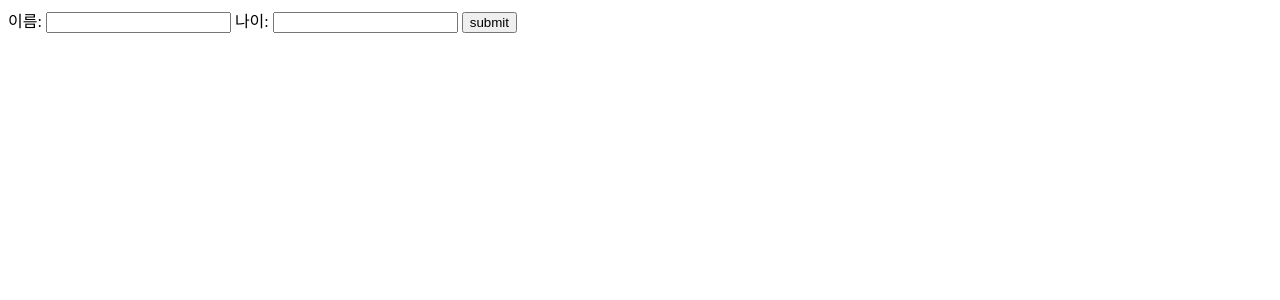
Repository: jihoonys82/weblec
Page: Front/WebContent/Ex01_HTML_tag/tagEx_08.html
These files come from the project's save history. The page is drawn as it stood at one moment and after the next save; the edit follows.
The browser window is 1280 px wide. The pictures show the whole page.

Above is the page before, as saved 2018-07-24 06:43:57.

After the next save:
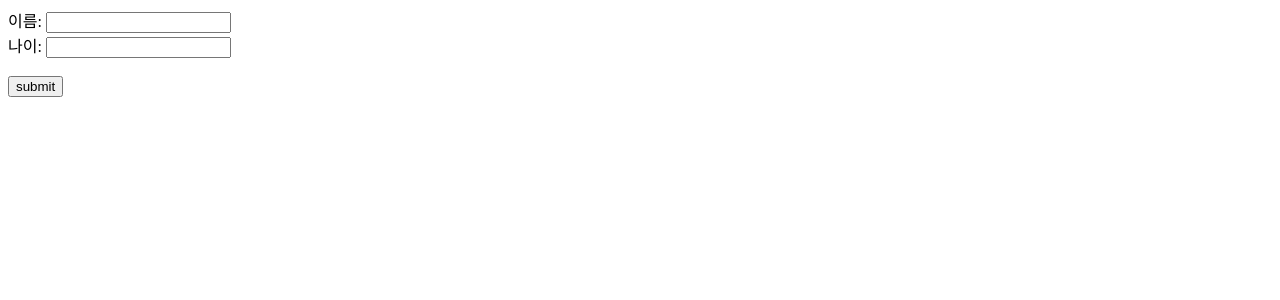
Saved 2 min 10 s later.
--- a/Front/WebContent/Ex01_HTML_tag/tagEx_08.html
+++ b/Front/WebContent/Ex01_HTML_tag/tagEx_08.html
@@ -15,8 +15,8 @@
 <form action="#" method="get">
 
 	<!-- 전송할 데이터 작성 -->
-	이름: <input type="text" name="name" />
-	나이: <input type="text" name="age" />
+	이름: <input type="text" name="name" /><br>
+	나이: <input type="text" name="age" /><br><br>
 
 	<input type="button" value="submit" />
 
